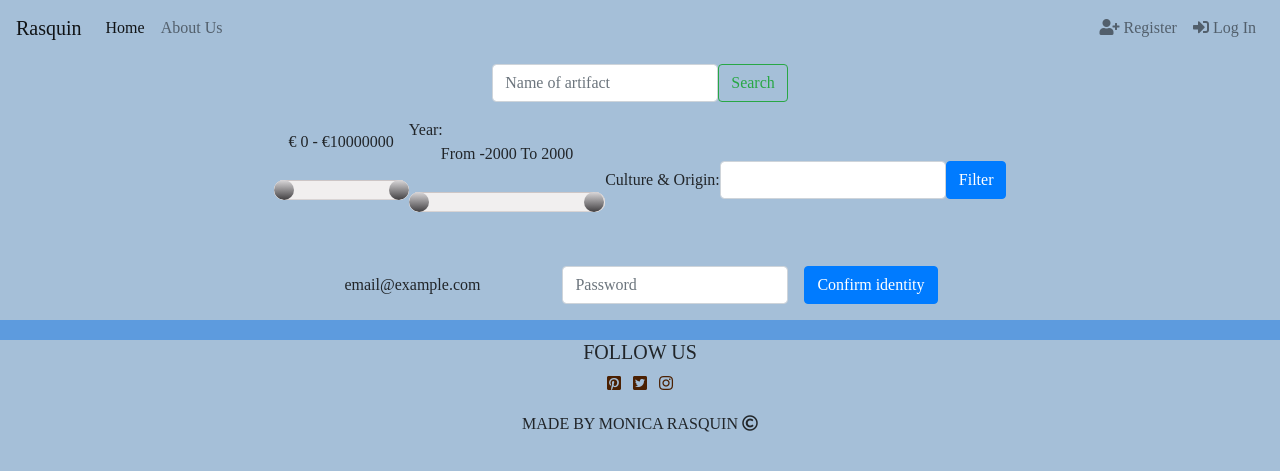
Repository: Rasquin/auction
Page: templates/base.html
The author's editor kept a record of every edit. The page is drawn from the files as they stood at one moment, then again after the next edit.
The browser window is 1280 px wide. The pictures show the whole page.
The template is drawn by Django 2.2. The application's start-up code is not run. The template is opened directly, without the code that normally fills it, so the values that code supplies are empty.

Above is the page before.

After the next edit:
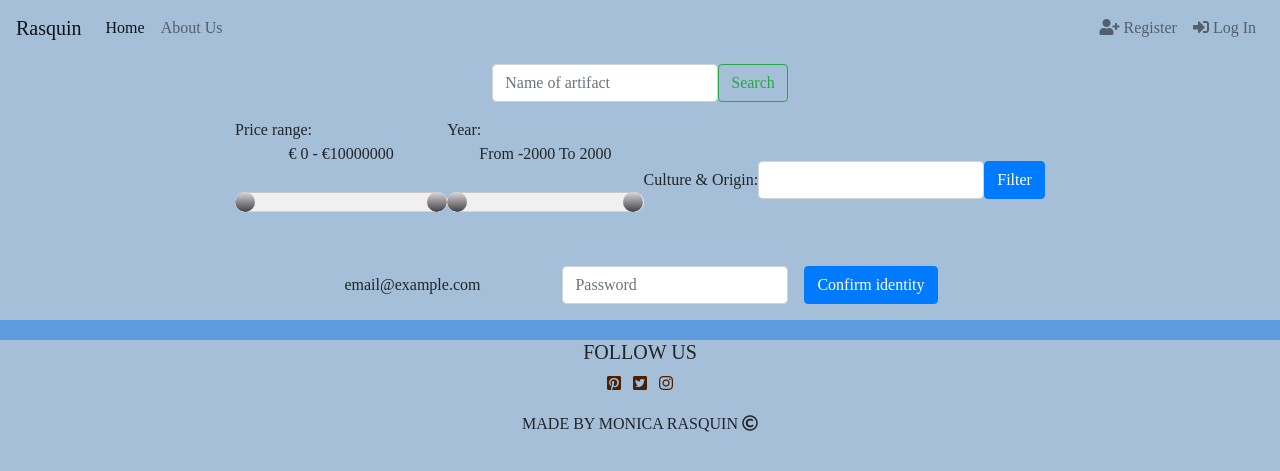
The edit:
--- a/templates/base.html
+++ b/templates/base.html
@@ -92,7 +92,7 @@
             {% csrf_token %}
             <!-- Price Filter -->
             <div class="form-group mb-2" >
-                <label for="amount"  class="sr-only">Price range:</label>
+                <label for="amount">Price range:</label>
 
                 <div class="col-12">
                     <section class="range-slider-price range-slider">
